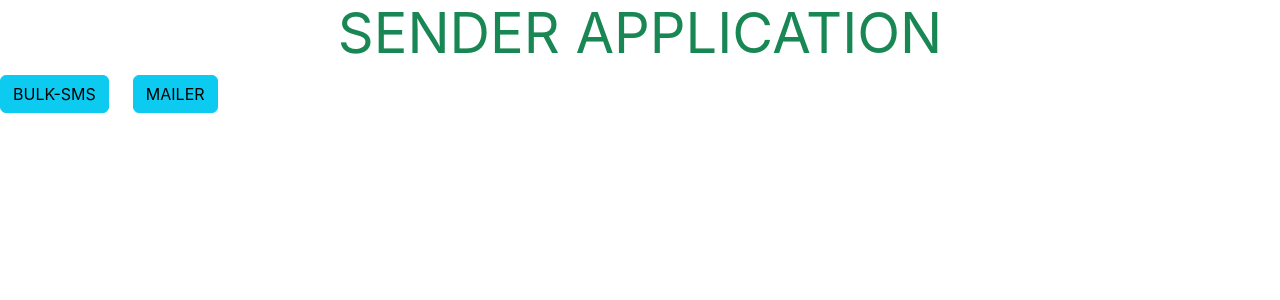
Repository: oluwaseyi9325/react-redux
Page: /mailer
The author's editor kept a copy of each file at every save. The page is drawn from the files as they stood at one save, then again after the next save.
The browser window is 1280 px wide. The pictures show the whole page.
The project was rebuilt for these pictures with package versions that can differ from the ones it lists, and the page was loaded fresh each time. Also part of the build but not shown: src/Pages/Index.tsx, src/Pages/NotFond.tsx.

Above is the page before, as saved 2023-04-18 17:16:03.

After the next save:
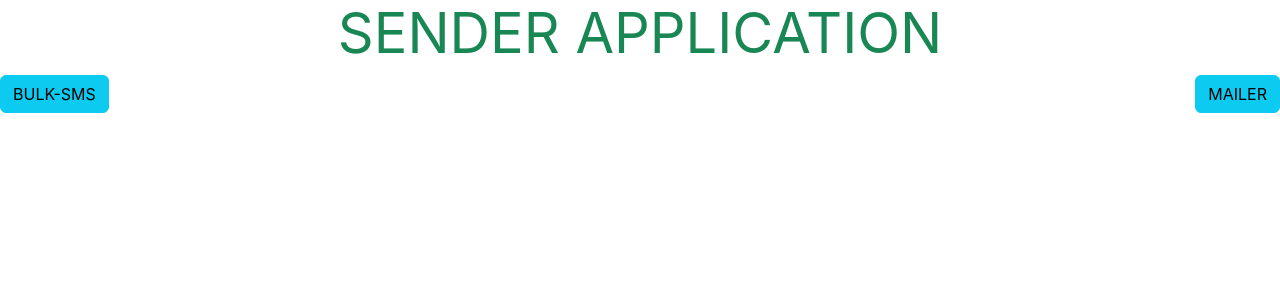
Saved 4 s later.
--- a/src/Components/NavBar.tsx
+++ b/src/Components/NavBar.tsx
@@ -6,7 +6,7 @@ const NavBar = () => {
 
       <div className='text-center'>
         <h4 className='text-success display-4'><b>SENDER APPLICATION</b></h4>
-        <div className='gap-4 d-flex justify-content'>
+        <div className='gap-4 d-flex justify-content-between'>
             <button className='btn btn-info'>BULK-SMS</button>
             <button className='btn btn-info'>MAILER</button>
         </div>
